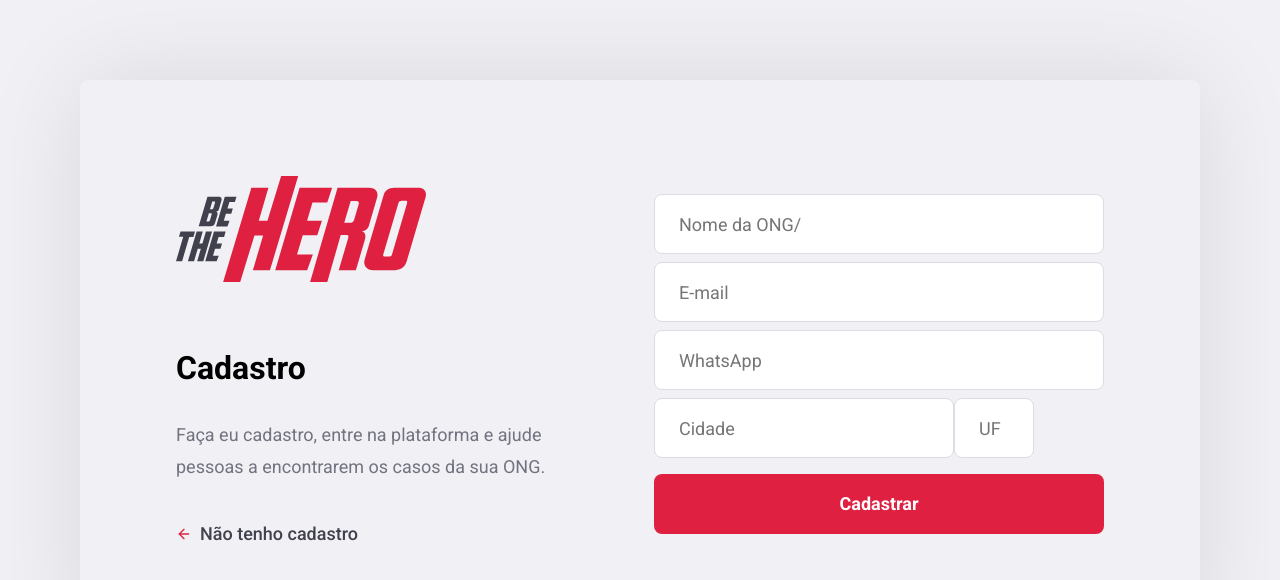
Repository: lucas-silva-dev/be-the-hero
Page: /register (app in frontend/)
An editor plug-in stored every save of this project. The page is shown before and after the next save, followed by the edit.
The browser window is 1280 px wide. The pictures show the whole page.
The project was rebuilt for these pictures with package versions that can differ from the ones it lists, and the page was loaded fresh each time. Also part of the build but not shown: frontend/src/pages/Logon/styles.css, frontend/src/pages/Logon/index.js.

Above is the page before, as saved 2020-03-25 23:08:59.

After the next save:
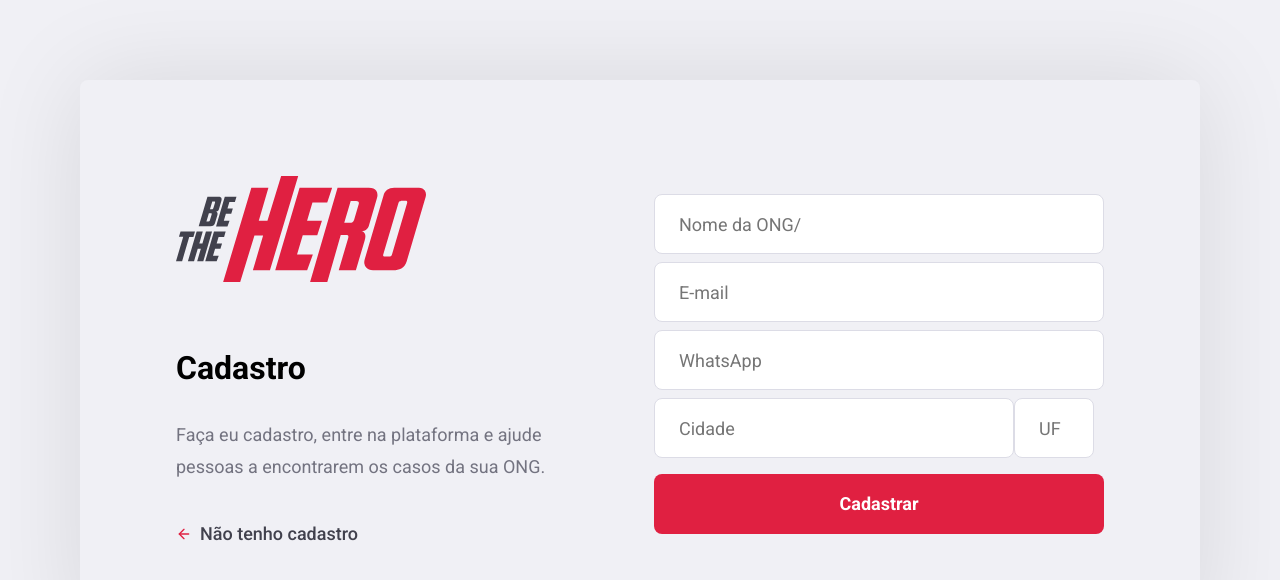
Saved 20 s later.
--- a/frontend/src/pages/Register/styles.css
+++ b/frontend/src/pages/Register/styles.css
@@ -48,5 +48,5 @@
 
 .register-container .content form .input-group {
   display: grid;
-  grid-template-columns: 2fr 1fr;
+  grid-template-columns: 80% 20%;
 }
